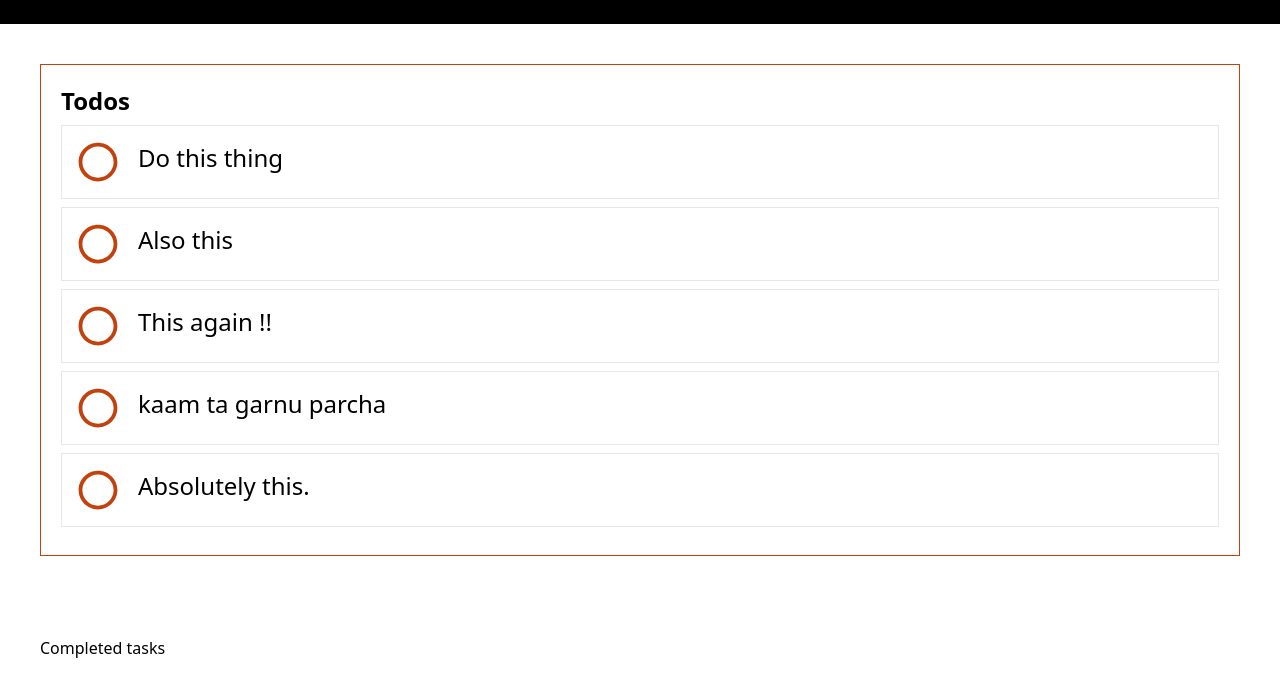
Repository: thekingisherenow/personalTodo
Page: /
An editor plug-in stored every save of this project. The page is shown before and after the next save, followed by the edit.
The browser window is 1280 px wide. The pictures show the whole page.
The project was rebuilt for these pictures with package versions that can differ from the ones it lists, and the page was loaded fresh each time. The framework's server and built-in components were replaced by stand-ins that run in the browser. Also part of the build but not shown: next.config.js, styles/Home.module.css.

Above is the page before, as saved 2022-12-15 17:17:03.

After the next save:
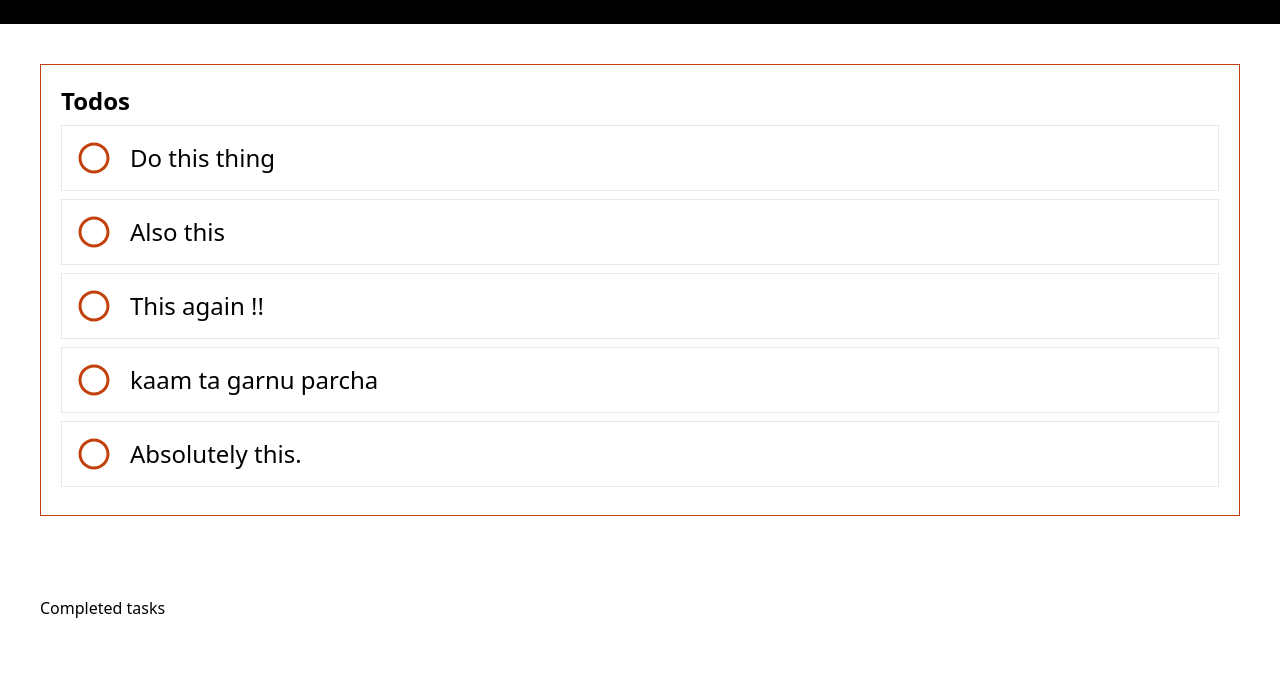
Saved 2 min 4 s later.
--- a/components/Todo.js
+++ b/components/Todo.js
@@ -9,13 +9,13 @@ function Todo({todo}) {
   return (
     <div className='border  p-3 my-2 flex'>
         <div
-         className=' w-12 h-12 flex justify-center items-center' onMouseEnter={()=>setCheck(true)}  onMouseLeave={()=>setCheck(false)} >
+         className=' w-10 h-10 flex justify-center items-center' onMouseEnter={()=>setCheck(true)}  onMouseLeave={()=>setCheck(false)} >
 
         { check?
 
 <FaRegCheckCircle
-className=' text-orange-700 w-10 h-10 ' /> :
-<FaRegCircle className='w-10 text-orange-700 h-10' />
+className=' text-orange-700 w-8 h-8 ' /> :
+<FaRegCircle className='w-8 text-orange-700 h-8' />
 }
 </div>
 
